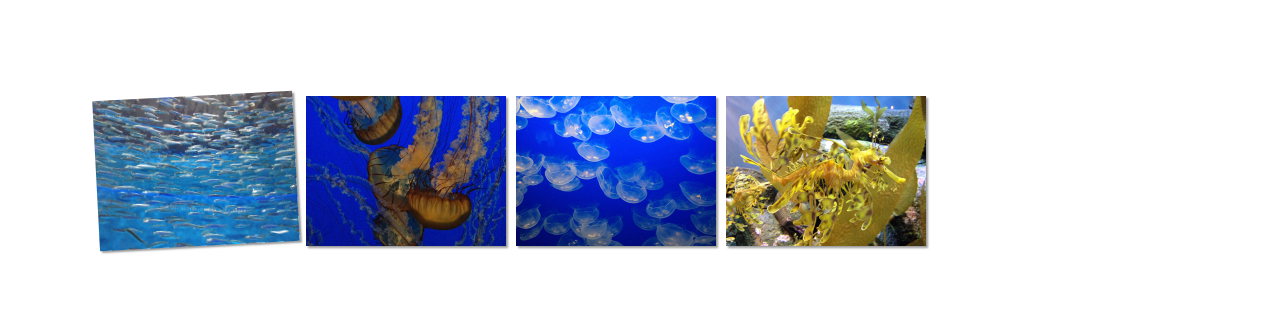
Repository: Colo-Codes/code-practice
Page: 02-css-practice-14-transform-animations.html
An editor plug-in stored every save of this project. The page is shown before and after the next save, followed by the edit.
The browser window is 1280 px wide. The pictures show the whole page.
The pointer rests on the first visible `a`.

Above is the page before, as saved 2021-06-07 11:51:04.

### 02-css-practice-14-transform-animations.html
<!DOCTYPE HTML>
<html>
<head>
<meta http-equiv="Content-Type" content="text/html; charset=UTF-8">
<title>Exercise 18-2: transform</title>
<style>
body {
  font-family: Tahoma, Verdana, Geneva, sans-serif;
  margin: 6em 6em;
  font-weight: bold;
}
ul {
  list-style-type: none;
  padding: 0;
  margin: 0;
}
li {
  float: left;
  margin-right: 10px;
}
li:last-of-type {
  margin-right: 0;
}

a {
  display: block;
}

img {
  width: 200px;
  height: 150px;
  box-shadow: 2px 2px 2px rgba(0,0,0,.4);
}

a:hover #img1, a:focus #img1 {
  transform: rotate(-3deg);
}
a:hover #img2, a:focus #img2 {
  transform: rotate(5deg);
}
a:hover #img3, a:focus #img3 {
  transform: rotate(-7deg);
}
a:hover #img4, a:focus #img4 {
  transform: rotate(2deg);
}


</style>
</head>

<body>

<ul>
  <li><a href=""><img src="images/anchovies.jpg" id="img1" alt=""></a></li>
  <li><a href=""><img src="images/jellyfish1.jpg" id="img2" alt=""></a></li>
  <li><a href=""><img src="images/bluejellyfish.jpg" id="img3" alt=""></a></li>
  <li><a href=""><img src="images/seadragon.jpg" id="img4"alt=""></a></li>

</ul>

</body>
</html>

After the next save:
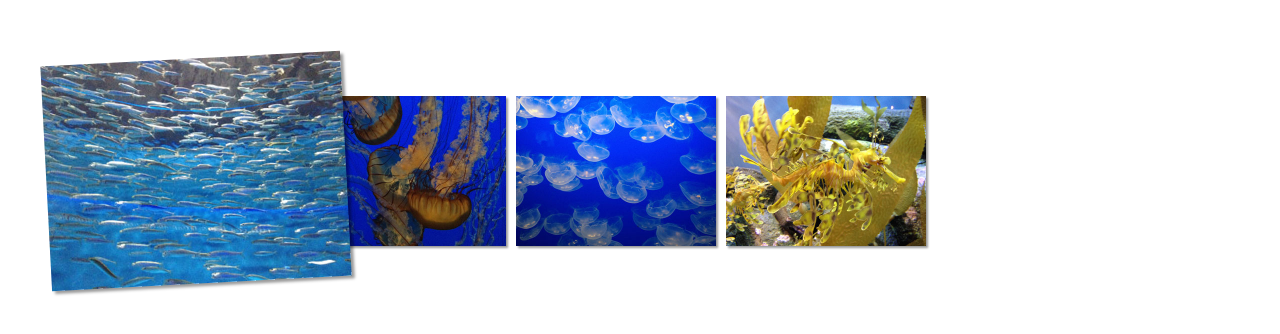
Saved 42 s later.
--- a/02-css-practice-14-transform-animations.html
+++ b/02-css-practice-14-transform-animations.html
@@ -33,7 +33,7 @@ img {
 }
 
 a:hover #img1, a:focus #img1 {
-  transform: rotate(-3deg);
+  transform: rotate(-3deg) scale(1.5);
 }
 a:hover #img2, a:focus #img2 {
   transform: rotate(5deg);
